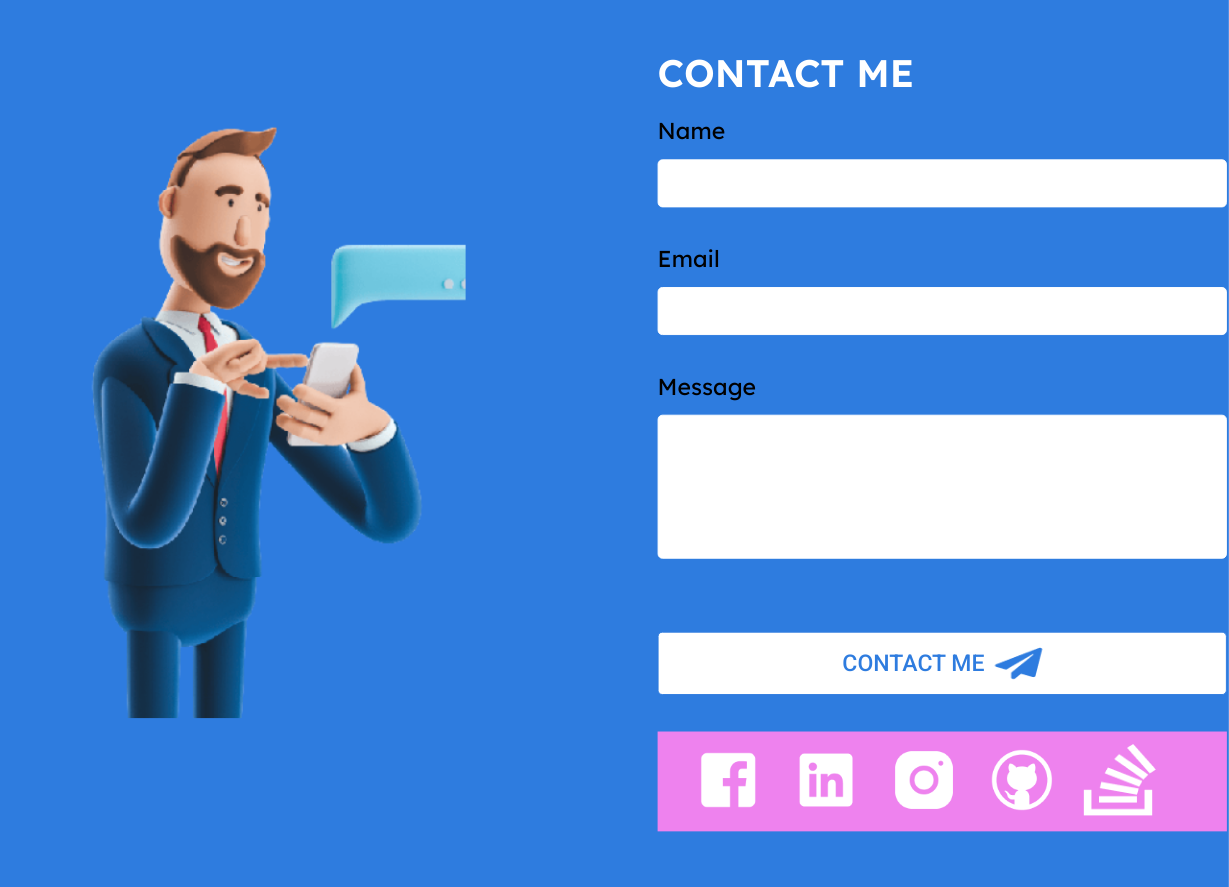
Repository: SabrinaSeydaliyeva/Task10
Page: index.html
The author's editor kept a copy of each file at every save. The page is drawn from the files as they stood at one save, then again after the next save.
The browser window is 1280 px wide. The pictures show the whole page, at 96% of full size.

Above is the page before, as saved 2023-06-01 16:37:32.

### index.html
<!DOCTYPE html>
<html lang="en">
<head>
    <meta charset="UTF-8">
    <meta http-equiv="X-UA-Compatible" content="IE=edge">
    <meta name="viewport" content="width=device-width, initial-scale=1.0">
    <title>Document</title>
    <link rel="stylesheet" href="./index.css">
</head>
<body>

    <div class="container">
        <img src="./images/cta-2-1-92c17b59fa88d0f37a14bacdde164b49-removebg-preview 1.png" alt="">

        <div class="text">
            <h1>Contact me</h1>

            <form action="">

                <label for="">
                    Name
                    <input type="text" name="" id="" placeholder="John Doe">
                </label>

                <label for="">
                    Email
                    <input type="text" name="" id="" placeholder="johndoe@gmail.com">
                </label>

                <label for="">
                    Message
                    <input class="message" type="text" name="" id="" placeholder="Message">
                </label>

                <button>
                    <p>CONTACT ME</p>
                    <img class="tvitter" src="./images/Vector.png" alt="">
                </button>

                <div class="icons">
                    <img src="./images/Facebook.png" alt="">
                    <img src="./images/LinkedIn.png" alt="">
                    <img src="./images/Instagram.png" alt="">
                    <img src="./images/GitHub.png" alt="">
                    <img src="./images/🦆 icon _Stack Overflow_.png" alt="">
                </div>

            </form>
        </div>
    </div>

</body>
</html>

### index.css
@import url('https://fonts.googleapis.com/css2?family=Lexend:wght@600&display=swap');
@import url('https://fonts.googleapis.com/css2?family=Lexend&display=swap');
@import url('https://fonts.googleapis.com/css2?family=Lexend:wght@200&display=swap');
@import url('https://fonts.googleapis.com/css2?family=Roboto:wght@500&display=swap');

* {
    margin: 0;
    padding: 0;
    box-sizing: border-box;
}

.container {
    width: 100%;
    min-height: 100vh;
    padding: 51px 68px 58px 0px;

    background: #2E7CDF;
    display: flex;
}

img {
    width: 538px;
    height: 697px;
}

.text {
    width: 50%;
    margin-left: 200px;
}

h1 {
    margin-bottom: 20px;
    font-family: 'Lexend';
    font-style: normal;
    font-weight: 600;
    font-size: 40px;
    line-height: 50px;
    text-transform: uppercase;
    color: #FFFFFF;
}

label {
    width: 100%;
    /* height: 30px; */
    font-family: 'Lexend';
    font-style: normal;
    font-weight: 400;
    font-size: 24px;
    line-height: 30px;
}

input {
    margin-top: 15px;
    width: 100%;
    height: 50px;
    /* background: #2E7CDF; */
    border: 1px solid #FFFFFF;
    border-radius: 5px;
    padding: 13px 422px 12px 29px;
}

input::placeholder {
    font-family: 'Lexend';
    font-style: normal;
    font-weight: 200;
    font-size: 20px;
    line-height: 25px;
    color: #FFFFFF;
}

.message {
    height: 150px;
}

button {
    width: 100%;
    margin-top: 38px;
    display: flex;
    justify-content: center;
    align-items: center;
    padding: 15px 0;
    background: #FFFFFF;
    border: 1px solid #2E7CDF;
    border-radius: 5px;

}

p {
margin-right: 10px;
    font-family: 'Roboto';
    font-style: normal;
    font-weight: 500;
    font-size: 24px;
    line-height: 28px;
    display: flex;
    align-items: center;
    text-transform: capitalize;
    color: #2E7CDF;
}

.tvitter {
    Width: 50px;
    Height: 34.42px;
}

.icons {
    width: 593px;
    padding: 12.5px;
    background-color: violet;
}

.icons img {
    width: 75px;
    height: 75px;
    margin-left: 23px;
}
form{
    display: flex;
    flex-direction: column;
    gap: 38px;
}

After the next save:
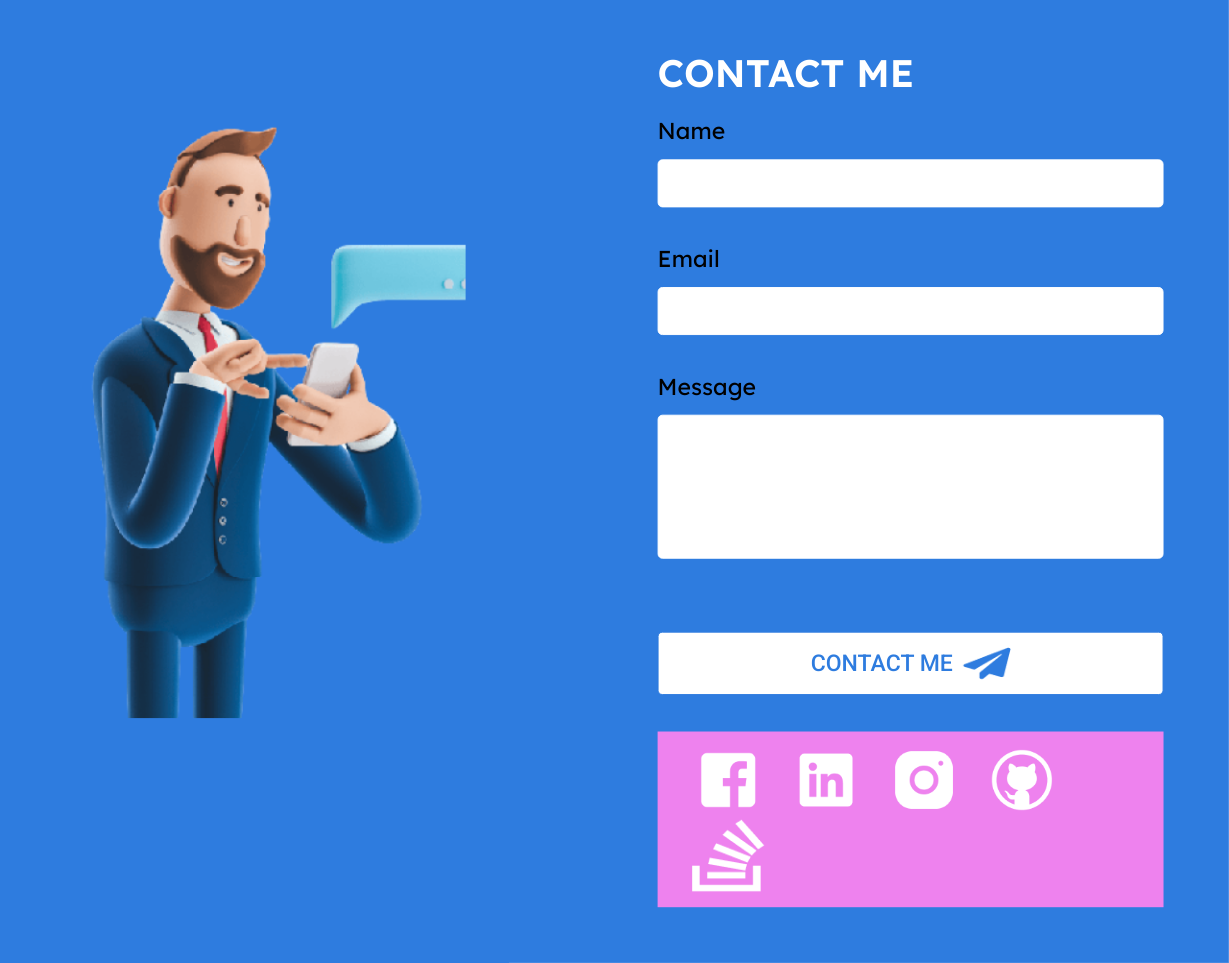
Saved 18 s later.
--- a/index.css
+++ b/index.css
@@ -104,7 +104,7 @@ margin-right: 10px;
 }
 
 .icons {
-    width: 593px;
+    /* width: 593px; */
     padding: 12.5px;
     background-color: violet;
 }
